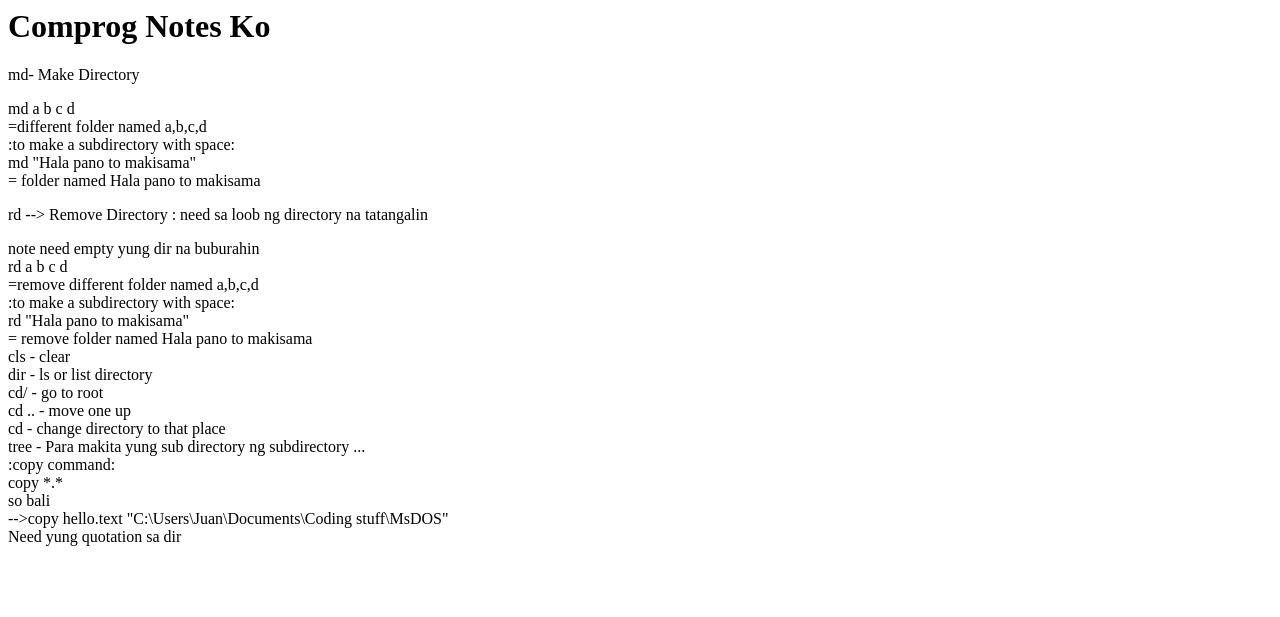
Repository: zwainer/Comprog
Page: index.html
The author's editor kept a copy of each file at every save. The page is drawn from the files as they stood at one save, then again after a run of saves.
The browser window is 1280 px wide. The pictures show the whole page.

Above is the page before, as saved 2023-05-04 08:35:51.

After the next 4 saves:
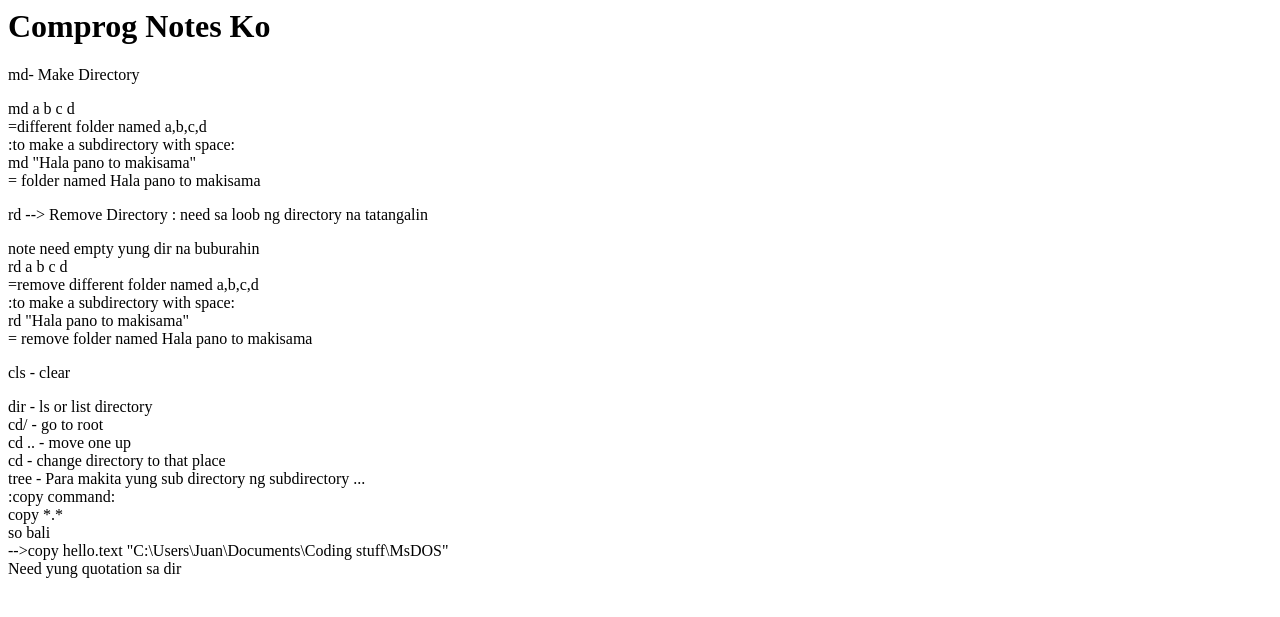
The 4 saves are shown as one change because they came seconds apart.
The last was saved 15 s later.
--- a/index.html
+++ b/index.html
@@ -26,9 +26,9 @@ rd a b c d <br/>
 		= remove folder named Hala pano to makisama	<br/>
 
 
-cls - clear<br/>
+<p class="StartCommand">cls - clear<br/></p>
 
-dir - ls or list directory<br/>
+<p class="StartCommand"></p>dir - ls or list directory<br/>
 
 cd/ - go to root<br/>
 
